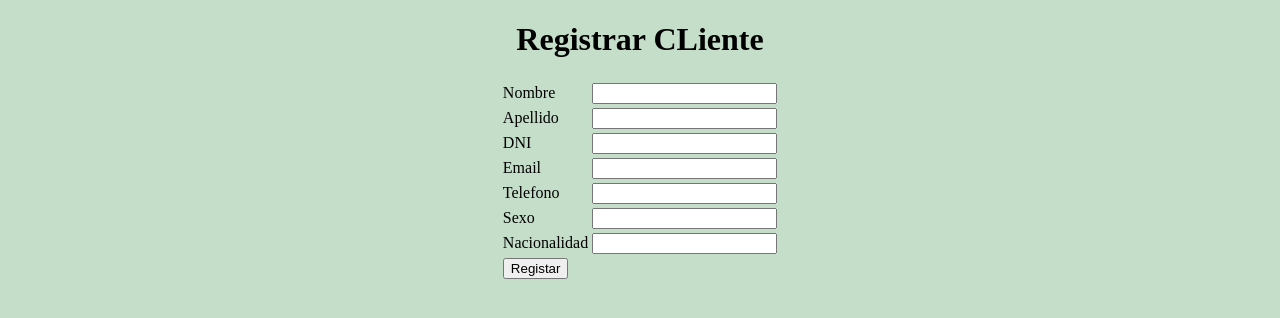
Repository: DaviOsx/LPII_CL2_CHERO_DAVIS
Page: http://localhost/LPII_CL2_CHERO_DAVIS/
These files come from the project's save history. The page is drawn as it stood at one moment and after the next save; the edit follows.
The browser window is 1280 px wide. The pictures show the whole page.
The page is served by Tomcat 9.

Above is the page before, as saved 2024-06-21 03:45:50.

After the next save:
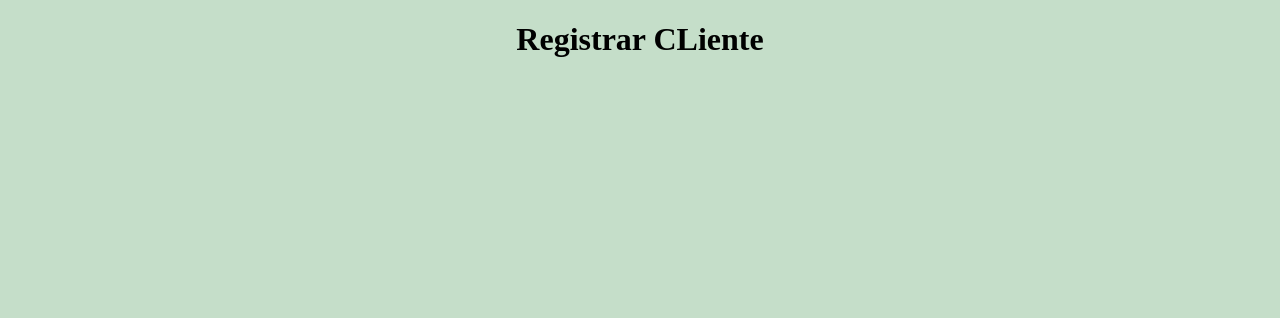
Saved 27 s later.
--- a/LPII_CL2_CHERO_DAVIS/src/main/webapp/index.jsp
+++ b/LPII_CL2_CHERO_DAVIS/src/main/webapp/index.jsp
@@ -14,53 +14,3 @@ Registrar CLiente
 
 <%-- CREAR FORMULARIO --%>
 <%-- ACTION HACE QUE REGRESE A MI CONTROLADOR CLIENTE --%>
-<form action="ControladorCliente" method="post">
-<table align="center" >
-
-<tr>
-<td> Nombre</td>
-<td> <input  type="text" name="nombre"> </td>
-</tr>
-
-<tr>
-<td> Apellido</td>
-<td> <input  type="text" name="apellido"> </td>
-</tr>
-
-<tr>
-<td> DNI</td>
-<td> <input  type="text" name="dni"> </td>
-</tr>
-
-<tr>
-<td> Email</td>
-<td> <input  type="text" name="email"> </td>
-</tr>
-
-<tr>
-<td> Telefono</td>
-<td> <input  type="text" name="telfono"> </td>
-</tr>
-
-<tr>
-<td> Sexo</td>
-<td> <input  type="text" name="sexo"> </td>
-</tr>
-
-<tr>
-<td> Nacionalidad</td>
-<td> <input  type="text" name="nacionalidad"> </td>
-</tr>
-
-<%-- AGREGAR BOTON DE REGISTAR --%>
-<tr>
-<td colspan="2">
-<input type="submit"  value="Registar">
-</td>
-</tr>
-
-
-</table>
-</form>
-</body>
-</html>
